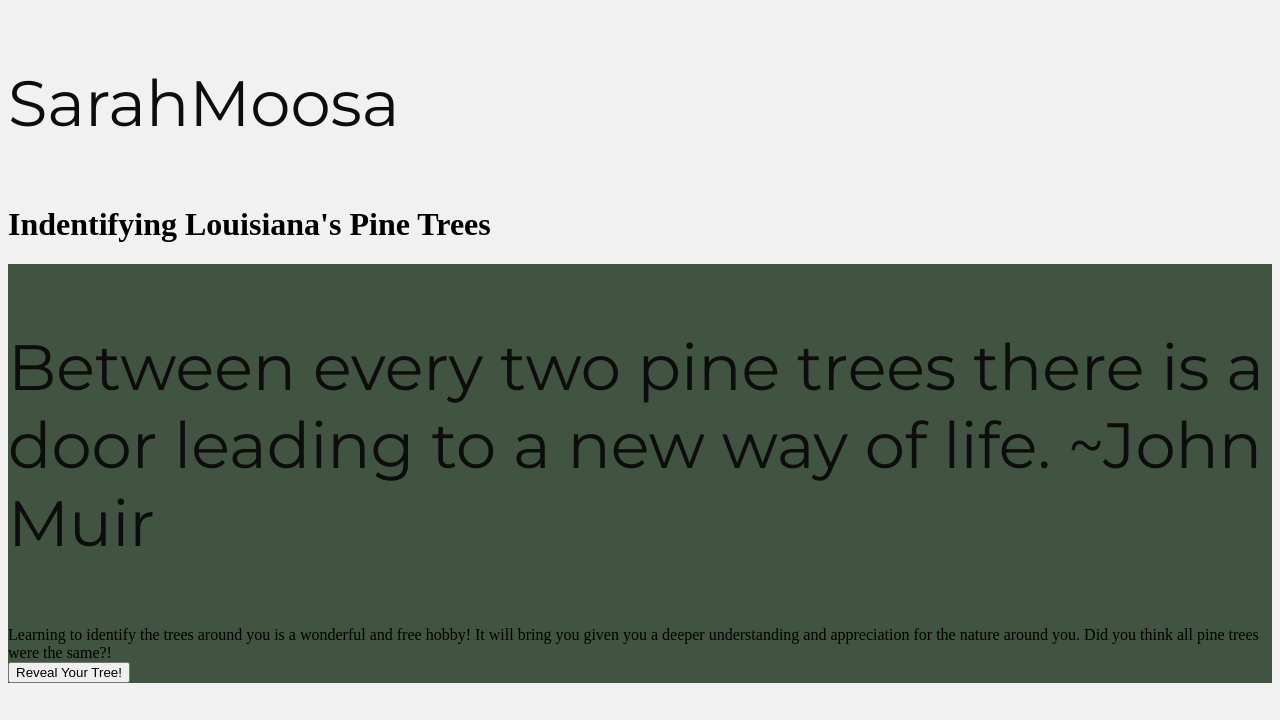
Repository: Sbethm/louisianaPineTrees
Page: pine_main.html
An editor plug-in stored every save of this project. The page is shown before and after a run of saves, followed by the edit.
The browser window is 1280 px wide. The pictures show the whole page.
The style sheet was rebuilt from its Sass, Less or Tailwind sources for each picture, by a compiler version that may differ from the author's.

Above is the page before, as saved 2021-09-16 11:30:07.

After the next 2 saves:
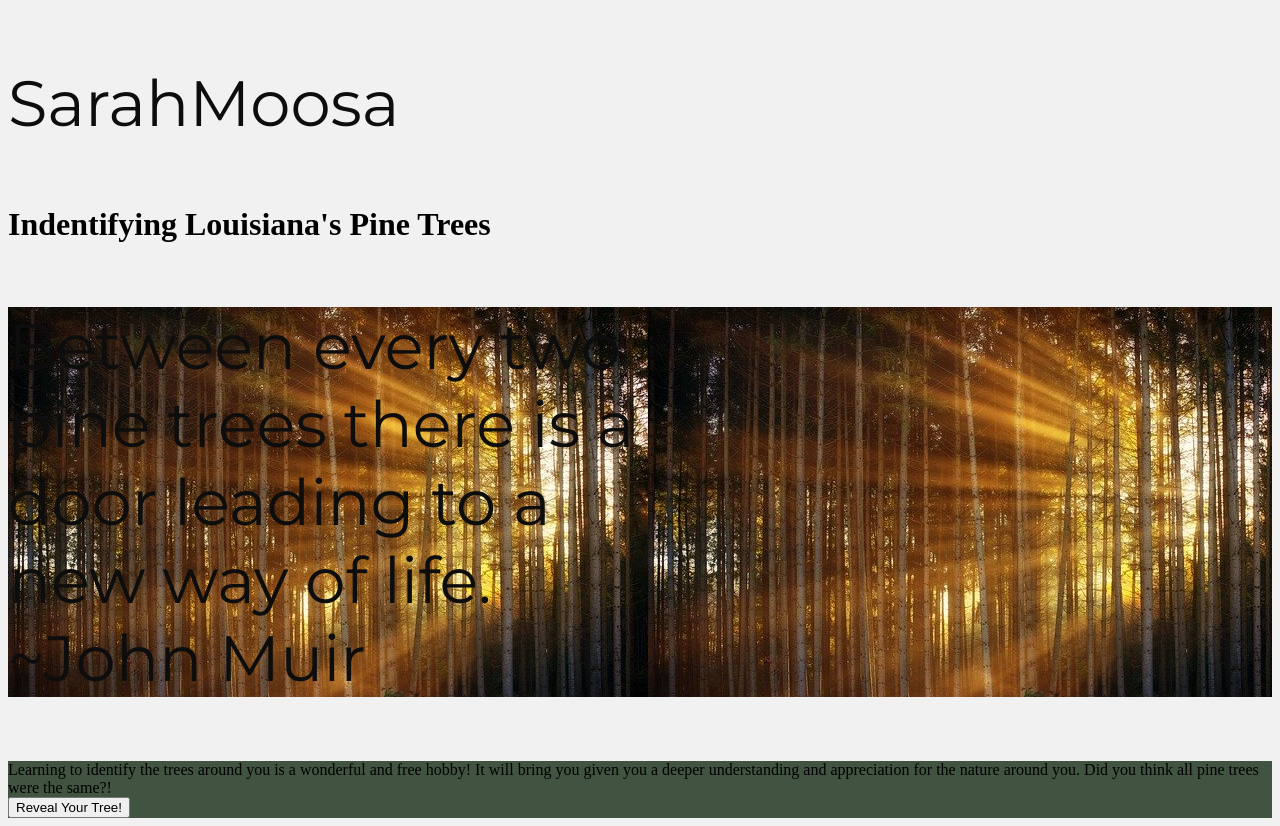
The 2 saves are shown as one change because they came seconds apart.
The last was saved 9 s later.
--- a/src/scss/main.scss
+++ b/src/scss/main.scss
@@ -26,7 +26,7 @@ p {
 }
 
 .quote {
-    float: right;
+    width: 50%;
 }
 //This code was used to cause grid items to over lap. It worked very well, but I think it is unnecessary and bulkier code than I need for the result that I want.
 // .intro-container {
